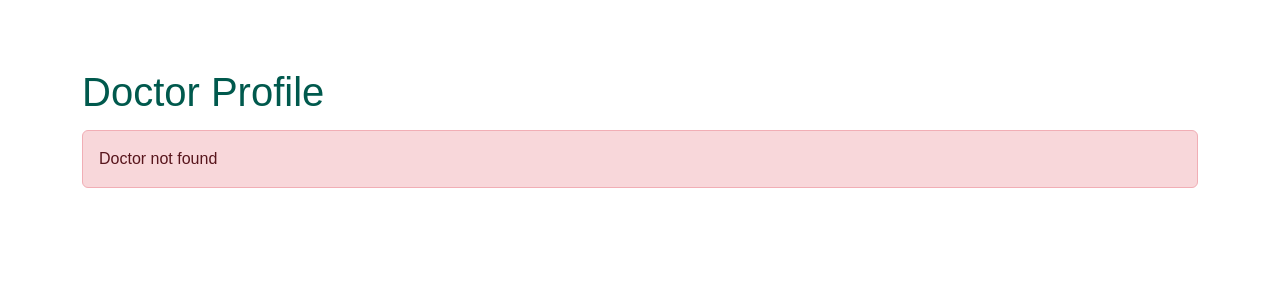
Repository: theonlymono/FitfinityHealthcareWebsiteJ2EE
Page: http://localhost/Fitfinity/DrBooking.jsp
An editor plug-in stored every save of this project. The page is shown before and after the next save, followed by the edit.
The browser window is 1280 px wide. The pictures show the whole page.
The page is served by Tomcat 9. Queries for data that is not in the repository find no rows.

Above is the page before, as saved 2024-02-25 14:34:38.

After the next save:
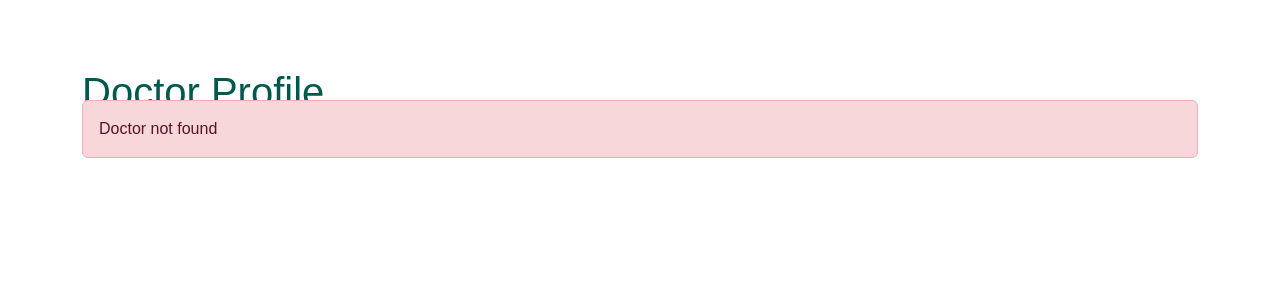
Saved 8 s later.
--- a/fitfinity/Fitfinity/WebContent/DrBooking.jsp
+++ b/fitfinity/Fitfinity/WebContent/DrBooking.jsp
@@ -107,7 +107,7 @@
 </head>
 <body>
     <div class="container">
-        <h1 class="mt-5" style="color: #00594d; margin-bottom: -10px;">Doctor Profile</h1>
+        <h1 class="mt-5" style="color: #00594d; margin-bottom: -40px;">Doctor Profile</h1>
         <div class="mt-4">
             <%-- Retrieve doctorID parameter from the request --%>
             <% String doctorID = request.getParameter("doctorID"); %>
